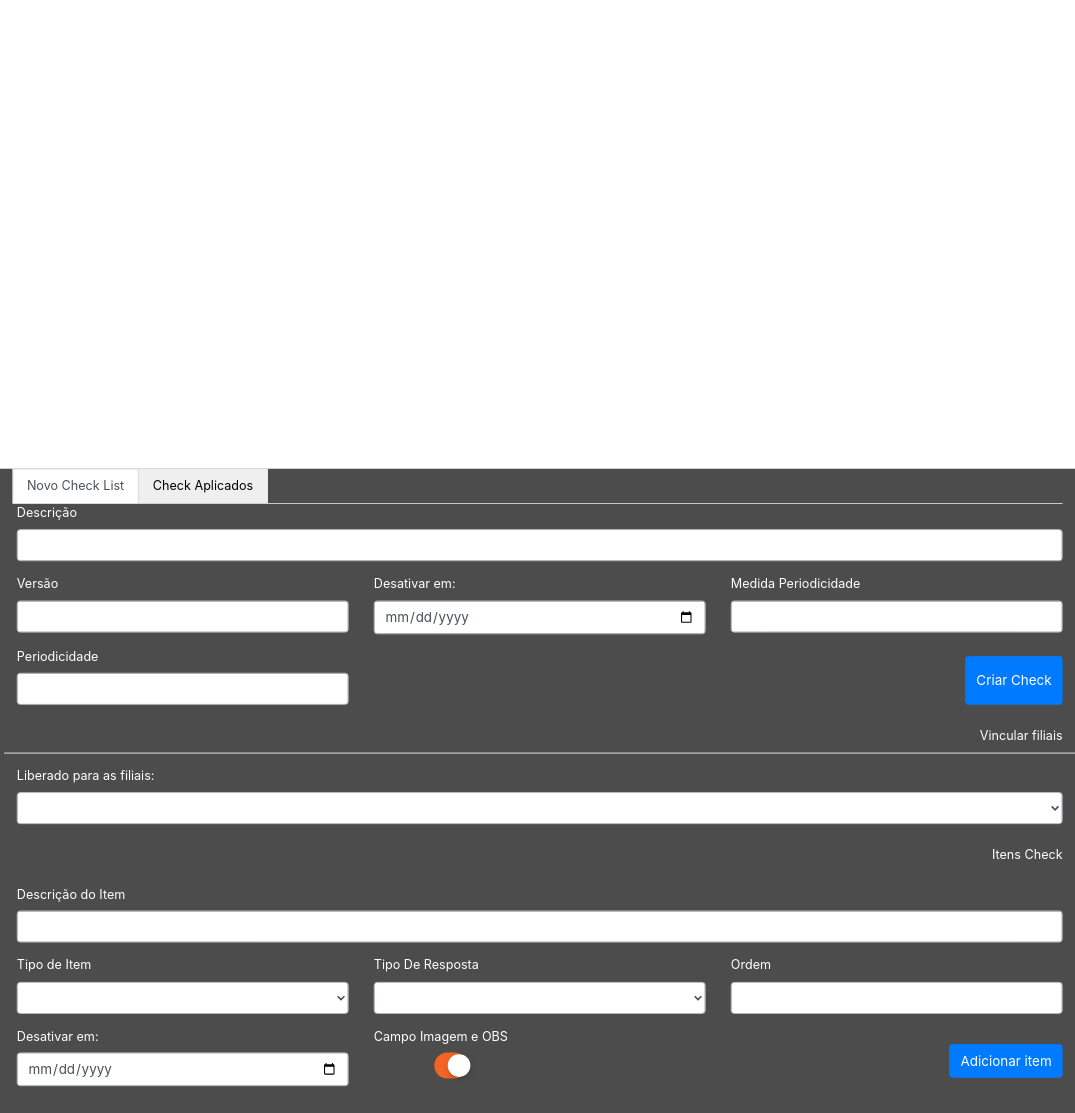
Repository: Conlog-SA/portal_operacional
Page: apps/safety_layout_checklist_app/templates/safety_layout_checklist_app/form_cad_layout_checklist.html
The author's editor kept a copy of each file at every save. The page is drawn from the files as they stood at one save, then again after the next save.
The browser window is 1280 px wide. The pictures show the whole page, at 84% of full size.
The template is drawn by Django 3.2. The application's start-up code is not run. The template is opened directly, without the code that normally fills it, so the values that code supplies are empty.

Above is the page before, as saved 2023-11-16 16:16:15.

After the next save:
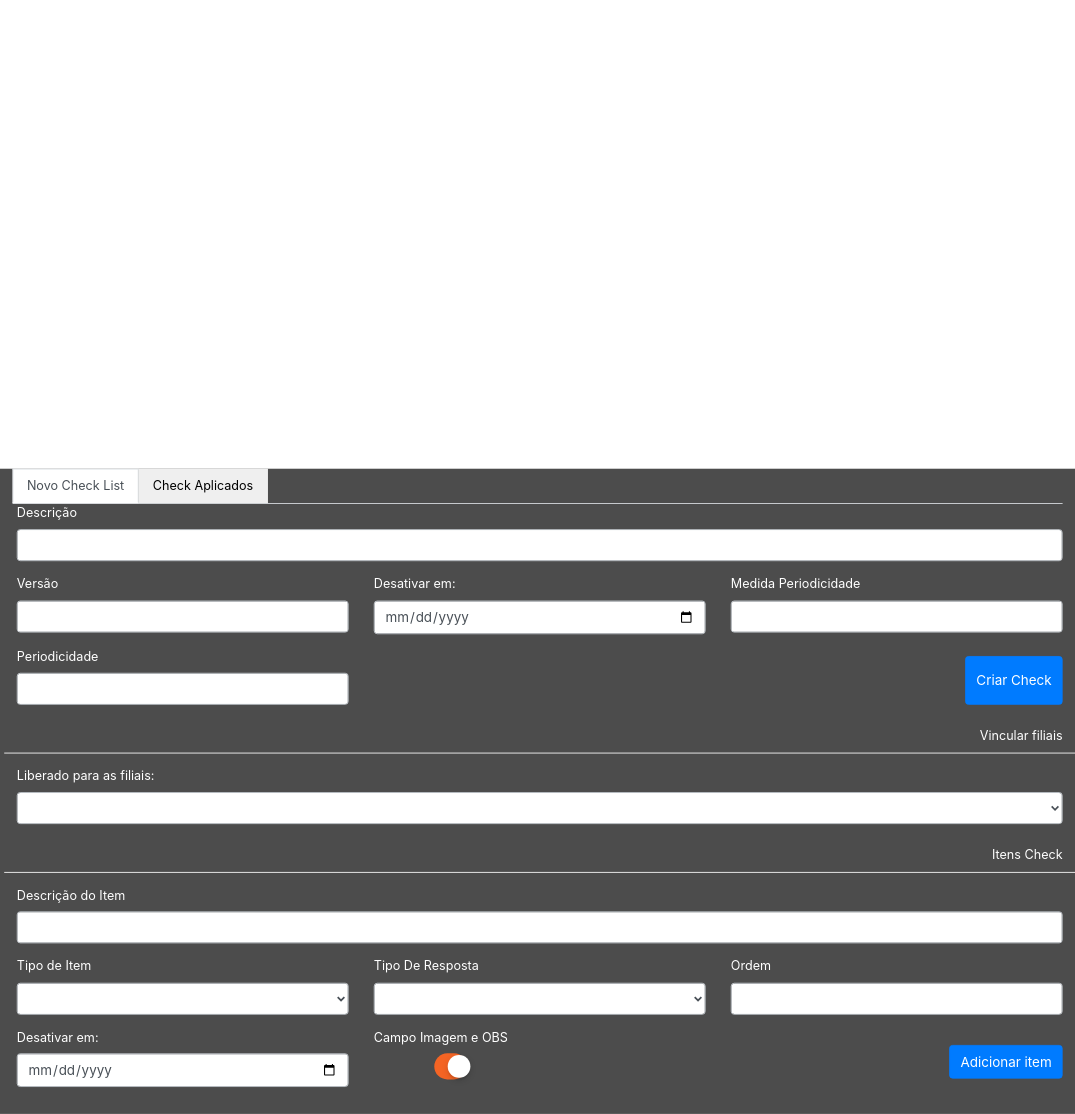
Saved 2 min 10 s later.
--- a/apps/safety_layout_checklist_app/templates/safety_layout_checklist_app/form_cad_layout_checklist.html
+++ b/apps/safety_layout_checklist_app/templates/safety_layout_checklist_app/form_cad_layout_checklist.html
@@ -76,7 +76,7 @@
                                         id="liberado_filiais" name="liberado_filiais" placeholder="Liberado Filiais" required>
                                 </select>
                              </div>
-                             <div class="form-group col-sm-12 d-flex justify-content-end" style="margin-top:10px">
+                             <div class="form-group col-sm-12 d-flex justify-content-end divider" style="margin-top:10px">
                                 <label>Itens Check</label>
                              </div>
                               <div class="form-group col-sm-12">
